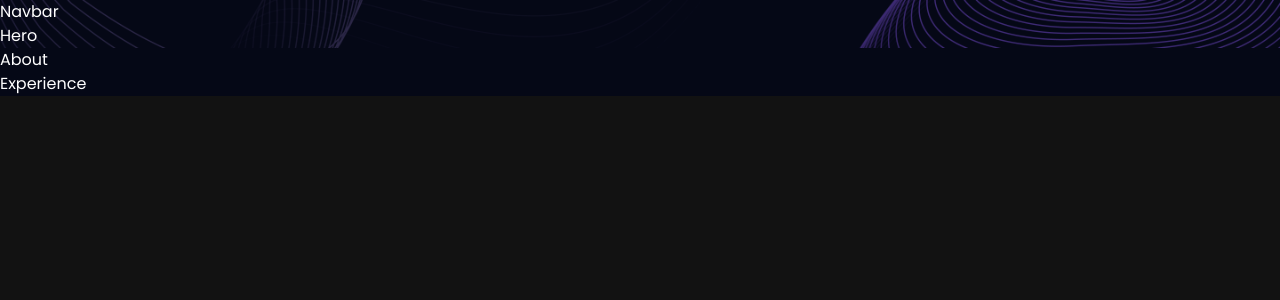
Repository: davedeguia/3d-portfolio
Page: /
An editor plug-in stored every save of this project. The page is shown before and after the next save, followed by the edit.
The browser window is 1280 px wide. The pictures show the whole page.
The project was rebuilt for these pictures with package versions that can differ from the ones it lists, and the page was loaded fresh each time. Also part of the build but not shown: vite.config.js, src/components/canvas/Earth.jsx, src/components/canvas/Ball.jsx, src/components/canvas/Computers.jsx, src/components/canvas/Stars.jsx, src/components/Contact.jsx.

Above is the page before, as saved 2023-03-04 14:13:09.

After the next save:
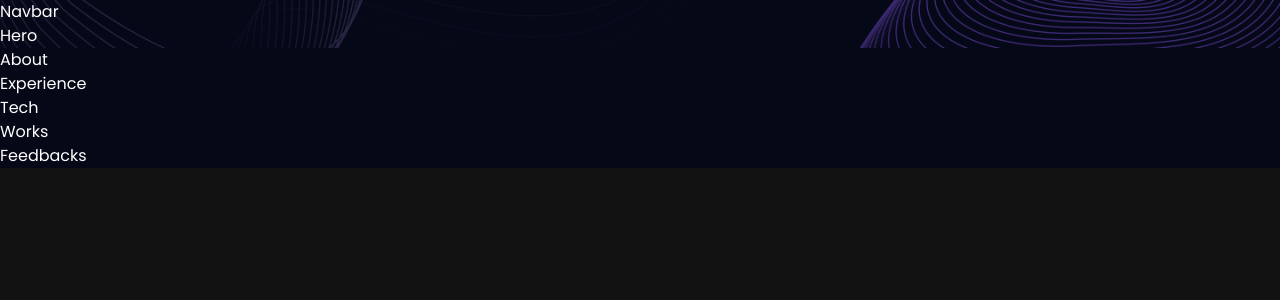
Saved 28 s later.
--- a/src/App.jsx
+++ b/src/App.jsx
@@ -21,6 +21,10 @@
         </div>
         <About />
         <Experience />
+        <Tech />
+        <Works />
+        <Feedbacks />
+        <div className=''></div>
       </div>
     </BrowserRouter>
   )
